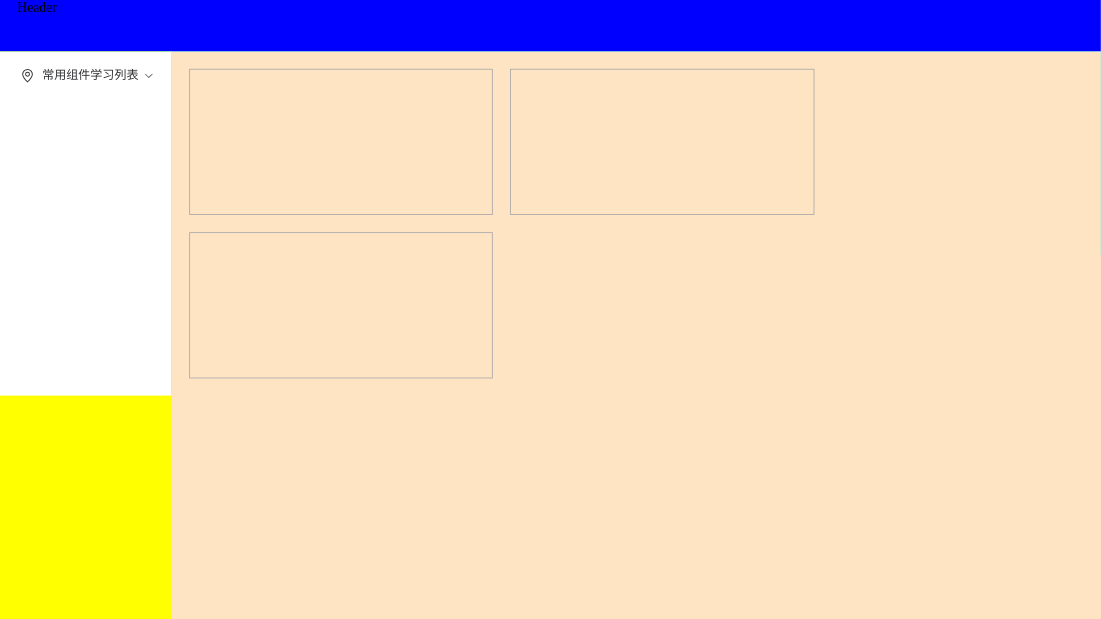
Repository: 553559555/vue3-project
Page: /#/index (app in vue3-app/)
An editor plug-in stored every save of this project. The page is shown before and after the next save, followed by the edit.
The browser window is 1280 px wide. The pictures show the whole page, at 86% of full size.
The project was rebuilt for these pictures with package versions that can differ from the ones it lists, and the page was loaded fresh each time. Also part of the build but not shown: vue3-app/vite.config.ts.

Above is the page before, as saved 2025-03-24 10:36:51.

After the next save:
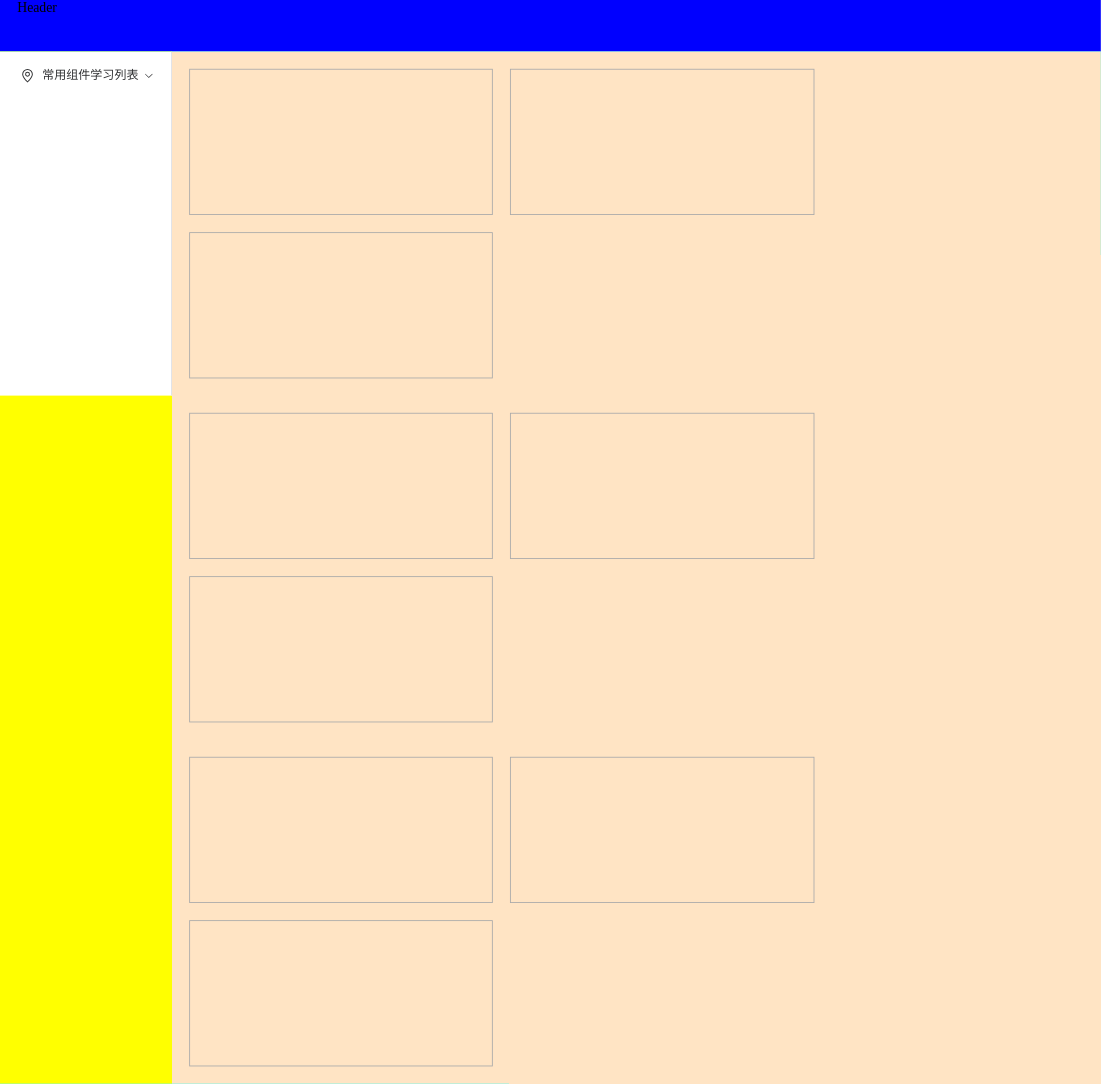
Saved 28 s later.
--- a/vue3-app/src/views/Home.vue
+++ b/vue3-app/src/views/Home.vue
@@ -1,6 +1,6 @@
 <template>
   <div class="home-container">
-    <el-row class="row">
+    <el-row class="row" :span="8">
       <el-col :span="8">
         <div class="grid-content ep-bg-purple-dark" />
       </el-col>
@@ -11,6 +11,31 @@
         <div class="grid-content ep-bg-purple-dark" />
       </el-col>
     </el-row>
+
+    <el-row class="row" :span="8">
+      <el-col :span="8">
+        <div class="grid-content ep-bg-purple-dark" />
+      </el-col>
+      <el-col :span="8">
+        <div class="grid-content ep-bg-purple-dark" />
+      </el-col>
+      <el-col :span="8">
+        <div class="grid-content ep-bg-purple-dark" />
+      </el-col>
+    </el-row>
+
+    <el-row class="row" :span="8">
+      <el-col :span="8">
+        <div class="grid-content ep-bg-purple-dark" />
+      </el-col>
+      <el-col :span="8">
+        <div class="grid-content ep-bg-purple-dark" />
+      </el-col>
+      <el-col :span="8">
+        <div class="grid-content ep-bg-purple-dark" />
+      </el-col>
+    </el-row>
+
   </div>
 </template>
 
